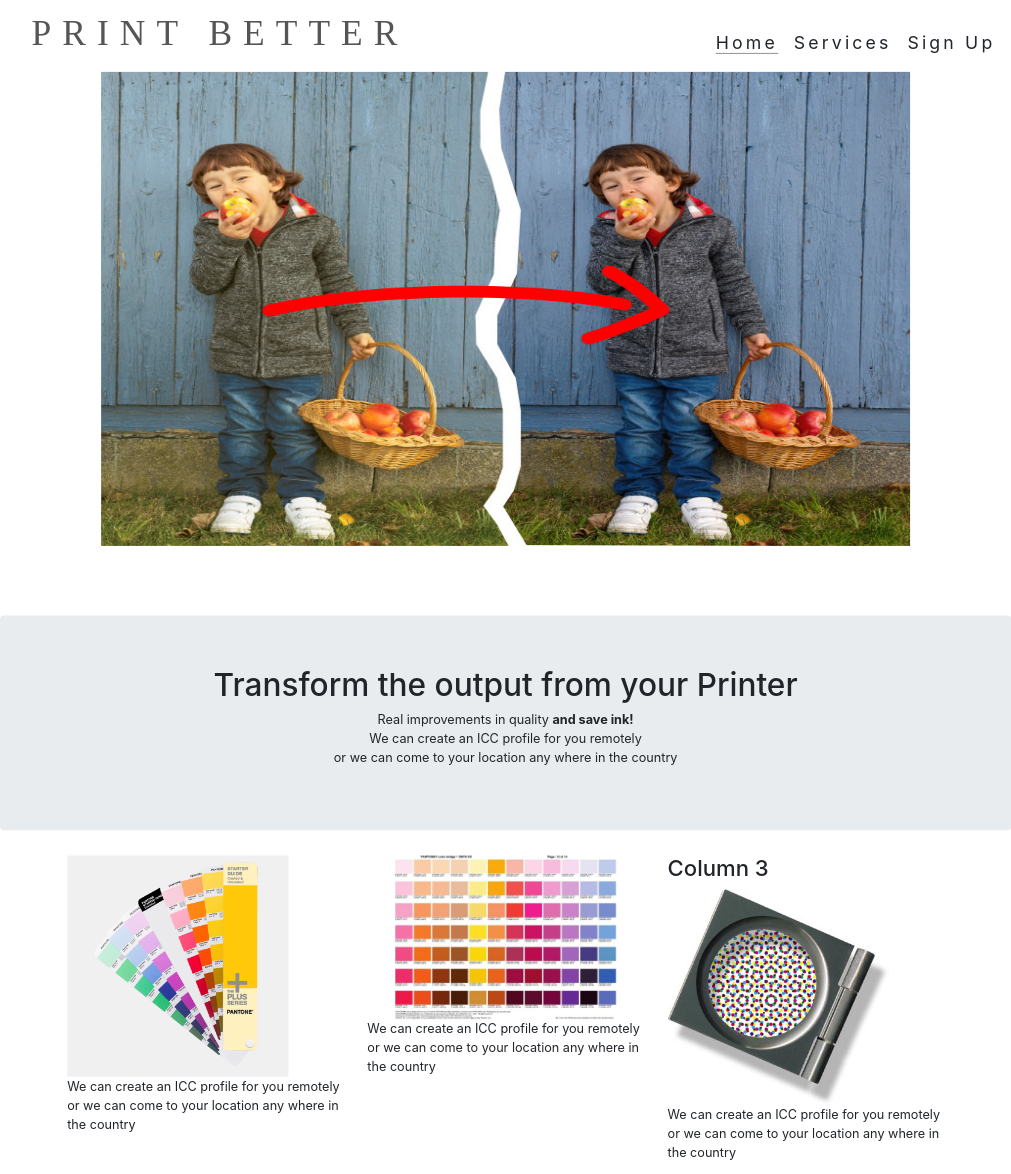
Repository: marks530/first_milestone
Page: index.html
The author's editor kept a copy of each file at every save. The page is drawn from the files as they stood at one save, then again after the next save.
The browser window is 1280 px wide. The pictures show the whole page, at 79% of full size.
Some web libraries are served in a nearby version.

Above is the page before, as saved 2021-03-13 16:24:03.

After the next save:
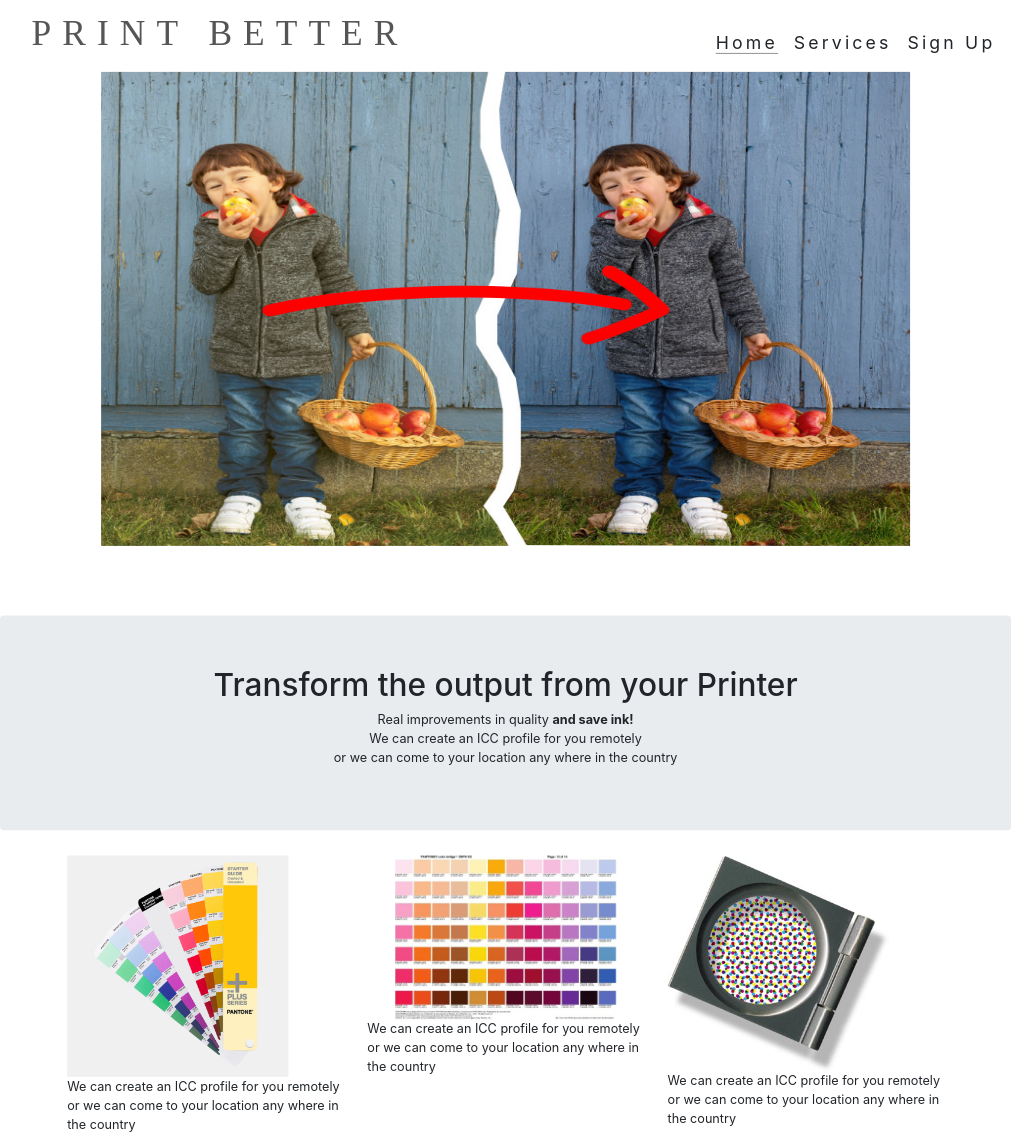
Saved 28 s later.
--- a/index.html
+++ b/index.html
@@ -73,7 +73,7 @@
 
             </div>
             <div class="col-sm-4">
-                <h3>Column 3</h3>
+
                 <img src="images/Loupe.png" id="reduce">
                 <p>We can create an ICC profile for you remotely or we can come to your location any where in the country</p>
 
